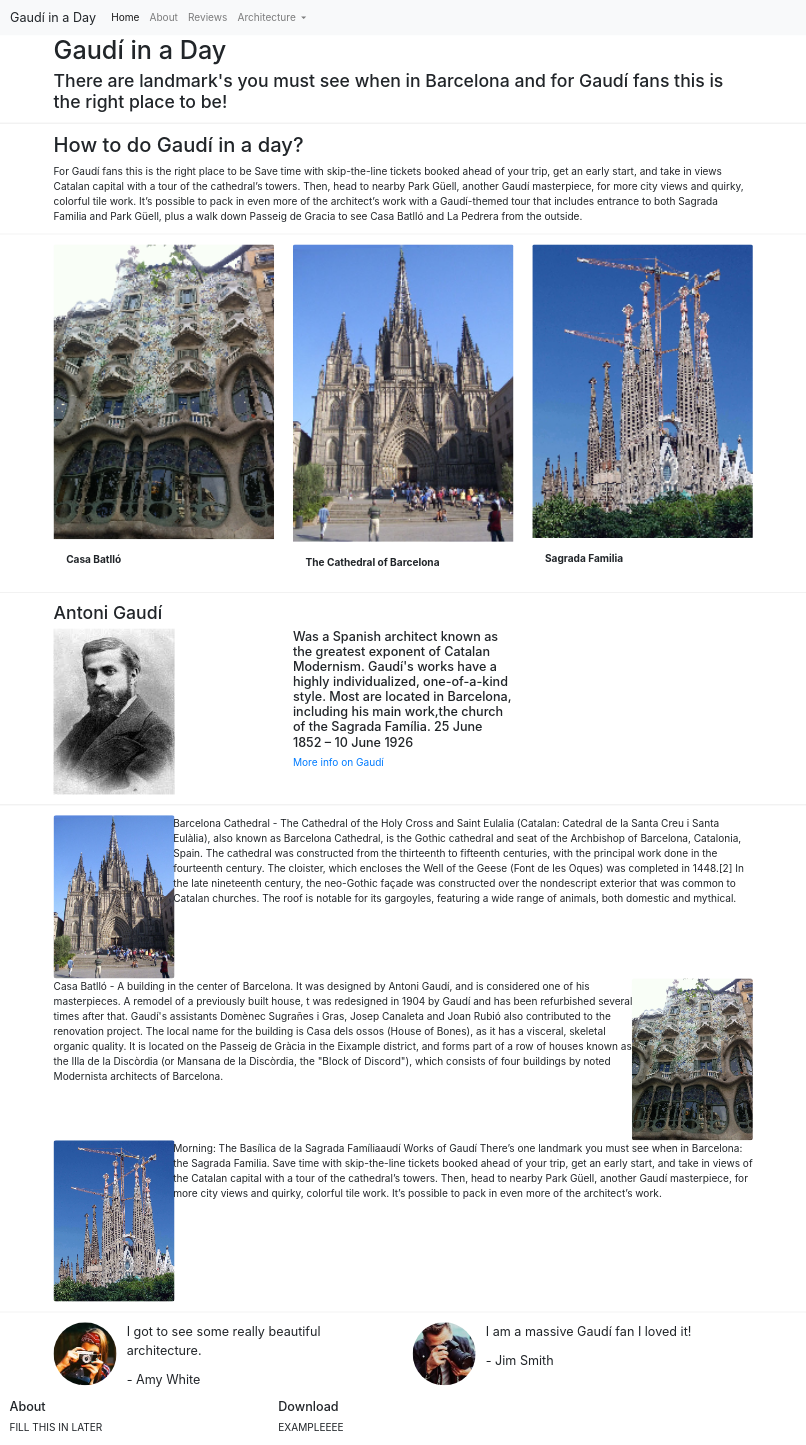
Repository: Taitdanielle/Milestone1
Page: index.html
The author's editor kept a record of every edit. The page is drawn from the files as they stood at one moment, then again after the next edit.
The browser window is 1280 px wide. The pictures show the whole page, at 63% of full size.

Above is the page before.

### index.html
<!DOCTYPE html>
<html lang="en">

<head>
    <title>Gaudí in a day!</title>
    <meta charset="UTF-8">
    <meta name="viewport" content="width=device-width, initial-scale=1.0">
    <meta http-equiv="X-UA-Compatible" content="ie=edge">
    <link href="https://fonts.googleapis.com/css?family=Lato&display=swap" rel="stylesheet">
    <link rel="stylesheet" href="https://stackpath.bootstrapcdn.com/bootstrap/4.3.1/css/bootstrap.min.css" integrity="sha384-ggOyR0iXCbMQv3Xipma34MD+dH/1fQ784/j6cY/iJTQUOhcWr7x9JvoRxT2MZw1T" crossorigin="anonymous">
    <link rel="stylesheet" href="css/style.css" type="text/css" />
</head>

<body>

    <!-- nav -->

    <nav class="navbar navbar-expand-lg navbar-light bg-light">
        <a class="navbar-brand">Gaudí in a Day</a>
        <button class="navbar-toggler" type="button" data-toggle="collapse" data-target="#navbarNavDropdown" aria-controls="navbarNavDropdown" aria-expanded="false" aria-label="Toggle navigation">
    <span class="navbar-toggler-icon"></span>
  </button>
        <div class="collapse navbar-collapse" id="navbarNavDropdown">
            <ul class="navbar-nav">
                <li class="nav-item active">
                    <a class="nav-link" href="#">Home <span class="sr-only">(current)</span></a>
                </li>
                <li class="nav-item">
                    <a class="nav-link" href="#about">About</a>
                </li>
                <li class="nav-item">
                    <a class="nav-link" href="#review">Reviews</a>
                </li>
                <li class="nav-item dropdown">
                    <a class="nav-link dropdown-toggle" href="#architecture" id="navbarDropdownMenuLink" role="button" data-toggle="dropdown" aria-haspopup="true" aria-expanded="false">
          Architecture
        </a>
                    <div class="dropdown-menu" aria-labelledby="navbarDropdownMenuLink">
                        <a class="dropdown-item" href="#card1">Casa Batlló</a>
                        <a class="dropdown-item" href="#card2">Barcelona Cathedral</a>
                        <a class="dropdown-item" href="#card3">Sagrada Familia</a>
                    </div>
                </li>
            </ul>
        </div>
    </nav>
    <!-- nav -->

    <div class="container">
        <h1>Gaudí in a Day</h1>
        <h3>There are landmark's you must see when in Barcelona and for Gaudí fans this is the right place to be!</h3>
    </div>

    <hr class="block-divider block-divider--short">

    <div class="container">
        <h2> How to do Gaudí in a day?</h2>
        <p> For Gaudí fans this is the right place to be Save time with skip-the-line tickets booked ahead of your trip, get an early start, and take in views Catalan capital with a tour of the cathedral’s
            towers. Then, head to nearby Park Güell, another Gaudí masterpiece, for more city views and quirky, colorful tile work. It’s possible to pack in even more of the architect’s work with a Gaudí-themed tour that includes entrance to both Sagrada
            Familia and Park Güell, plus a walk down Passeig de Gracia to see Casa Batlló and La Pedrera from the outside. </p>
    </div>
    <hr class="block-divider block-divider--short">
    <!-- image cards -->

    <div class="container">
        <div class="row">
            <div class="col-md-4">
                <div class="card-class">
                    <a href="#card1">
                    <img src="images/gaudi2.jpg" class="card-img-top" alt="Casa Battlo Building"></a>
                    <div class="card-body">
                        <p class="card-text"> <b>Casa Batlló</b></p>
                    </div>
                </div>
            </div>

            <div class="col-md-4">
                <div class="card-class">
                    <a href="#card2">
                    <img src="images/Sta-eulalia.jpg" class="card-img-top" alt="The Cathedral of Barcelona"></a>
                    <div class="card-body">
                        <p class="card-text"> <b>The Cathedral of Barcelona</b></p>
                    </div>
                </div>
            </div>

            <div class="col-md-4">
                <div class="card-class">
                    <a href="#card3">
                    <img src="images/sagrada-familia.jpg" class="card-img-top" alt="sagrada familia"></a>
                    <div class="card-body">
                        <p class="card-text"><b>Sagrada Familia</b>
                        </p>
                    </div>
                </div>
            </div>
        </div>
    </div>
    <!-- Gaudi info -->
    <hr class="block-divider block-divider--short">
    <div class="container">
        <div class="row">
            <div class="col-md-12 title-heading-conatainer">
                <h3 class="title-heading"> Antoni Gaudí </h3>
            </div>
            <div class="col-md-4" id="about">
                <img src="images/gaudi.jpg">
            </div>
            <div class="col-md-4">
                <h5>Was a Spanish architect known as the greatest exponent of Catalan Modernism. Gaudí's works have a highly individualized, one-of-a-kind style. Most are located in Barcelona, including his main work,the church of the Sagrada Família. 25
                    June 1852 – 10 June 1926 </h5>
                <a href="https://en.wikipedia.org/wiki/Antoni_Gaud%C3%AD">More info on Gaudí</a>
            </div>
        </div>
    </div>
    <hr class="block-divider block-divider--short">
    <!-- Gaudi info End -->

    <!-- image info -->

    <div class="container">
        <div class="row">
            <div class="col-md-2">
                <img src="images/Sta-eulalia.jpg" class="rounded float-left" alt="barrigotic building"></a>
            </div>
            <div class="col-md-10" id="card2">
                <p class="par-padding-left">Barcelona Cathedral - The Cathedral of the Holy Cross and Saint Eulalia (Catalan: Catedral de la Santa Creu i Santa Eulàlia), also known as Barcelona Cathedral, is the Gothic cathedral and seat of the Archbishop of Barcelona, Catalonia,
                    Spain. The cathedral was constructed from the thirteenth to fifteenth centuries, with the principal work done in the fourteenth century. The cloister, which encloses the Well of the Geese (Font de les Oques) was completed in 1448.[2]
                    In the late nineteenth century, the neo-Gothic façade was constructed over the nondescript exterior that was common to Catalan churches. The roof is notable for its gargoyles, featuring a wide range of animals, both domestic and mythical.
                </p>
            </div>
        </div>
    </div>

    <div class="container">
        <div class="row">
            <div class="col-md-10">
                <p class="par-padding-right" id="card1"> Casa Batlló - A building in the center of Barcelona. It was designed by Antoni Gaudí, and is considered one of his masterpieces. A remodel of a previously built house, t was redesigned in 1904 by Gaudí and has been refurbished several
                    times after that. Gaudí's assistants Domènec Sugrañes i Gras, Josep Canaleta and Joan Rubió also contributed to the renovation project. The local name for the building is Casa dels ossos (House of Bones), as it has a visceral, skeletal
                    organic quality. It is located on the Passeig de Gràcia in the Eixample district, and forms part of a row of houses known as the Illa de la Discòrdia (or Mansana de la Discòrdia, the "Block of Discord"), which consists of four buildings
                    by noted Modernista architects of Barcelona.</p>
            </div>
            <div class="col-md-2">
                <img src="images/gaudi2.jpg" class="rounded float-right" alt="Building">
            </div>
        </div>
    </div>

    <div class="container">
        <div class="row">
            <div class="col-md-2" id="card3">
                <img src="images/sagrada-familia.jpg" class="rounded float-left" alt=building>
            </div>
            <div class="col-md-10">
                <p class="par-padding-left">Morning: The Basílica de la Sagrada Famíliaaudí Works of Gaudí There’s one landmark you must see when in Barcelona: the Sagrada Familia. Save time with skip-the-line tickets booked ahead of your trip, get an early start, and take in views
                    of the Catalan capital with a tour of the cathedral’s towers. Then, head to nearby Park Güell, another Gaudí masterpiece, for more city views and quirky, colorful tile work. It’s possible to pack in even more of the architect’s work.</p>
            </div>
        </div>
    </div>
    <!-- Reviews -->

    </section>
    </div>
    </div>
    <!-- /.callout -->
    </div>
    <hr class="block-divider block-divider--short">
    <!-- Quotes -->
    <div class="container-wrapper">
        <div class="container quotes-container content-container">
            <section class="quotes">
                <div class="row">
                    <div class="col-12 page-header">
                    </div>
                </div>
                <div class="row">
                    <div class="col-12 col-md-6" id="review">
                        <div class="media">
                            <div class="d-none d-sm-block">
                                <img src="images/girl.jpg" class="rounded-circle mr-3" height=100 width=100>
                            </div>
                            <div class="media-body">
                                <blockquote class="blockquote">
                                    <p>I got to see some really beautiful architecture.</p>
                                    <p>- Amy White</p>
                                </blockquote>
                            </div>
                        </div>
                    </div>
                    <div class="col-12 col-md-6" id="review">
                        <div class="media">
                            <div class="d-none d-sm-block">
                                <img src="images/man.jpg" class="rounded-circle mr-3" height=100 width=100>
                            </div>
                            <div class="media-body">
                                <blockquote class="blockquote">
                                    <p>I am a massive Gaudí fan I loved it!</p>
                                    <p>- Jim Smith</p>
                                </blockquote>
                            </div>
                        </div>
                    </div>
                </div>
        </div>
    </div>
    </section>
</body>
<!-- Reviews end -->

<!-- footer -->

<footer class="container-fluid">
    <div id="footer-details" class="row">
        <div class="col-sm-4">
            <h5 class="uppercase general-sub">About</h5>
            <p class="inline-block">
                FILL THIS IN LATER
            </p>
        </div>
        <div class="col-sm-4">
            <h5 class="uppercase general-sub">Download</h5>
            <p class="inline-block">
                EXAMPLEEEE
                <a href="assets/cv/sample-cv.pdf" target="_blank" class="cv-pdf">
                        <i class="fa fa-download" aria-hidden="true"></i>
                        <span class="sr-only">Download link.</span>
                    </a>
            </p>
        </div>
        </a>
        </li>
        </ul>
    </div>
    </div>
</footer>
</body>

</html>

### css/style.css
container {
    background-color: #FBEAFF;
}

After the next edit:
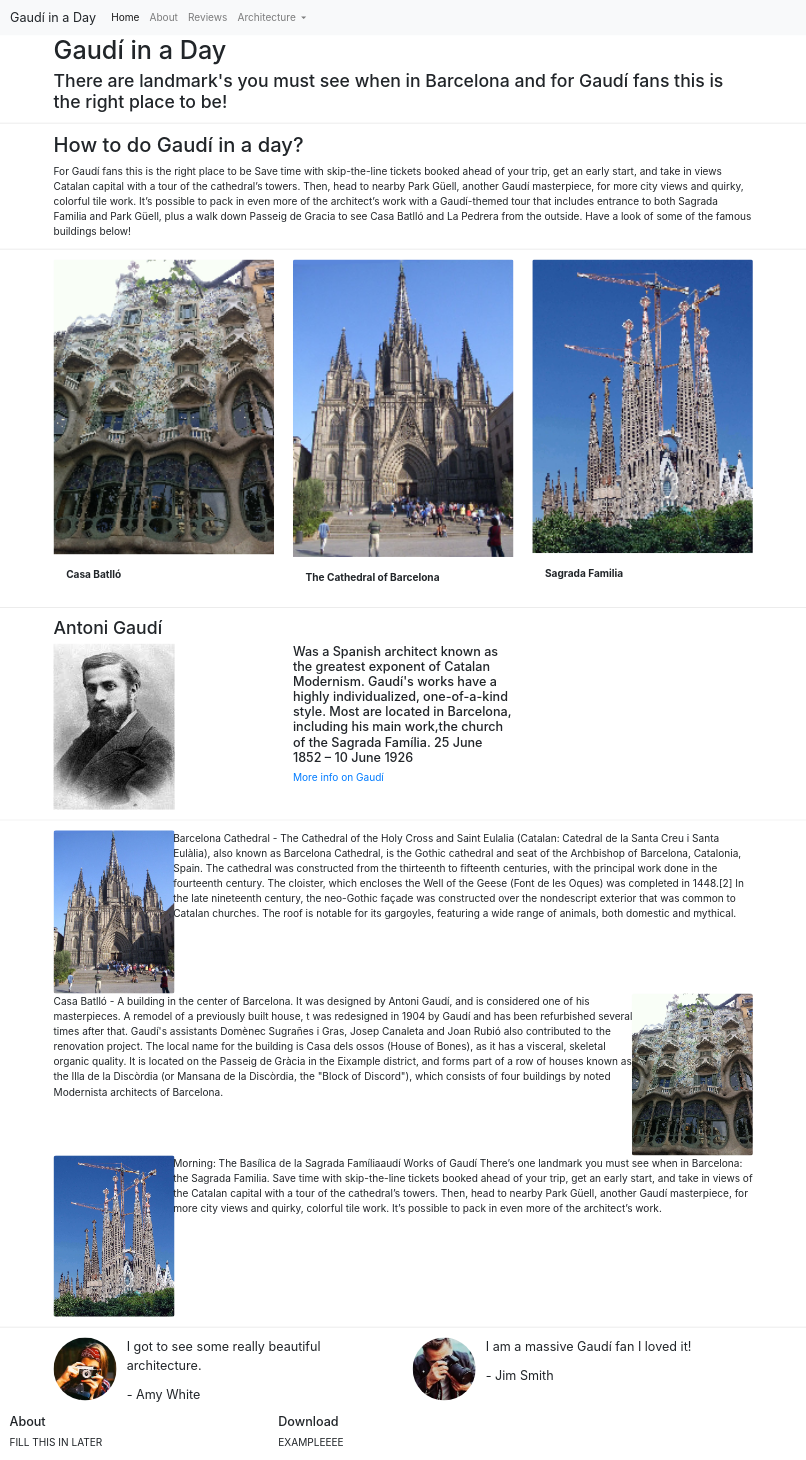
The edit:
--- a/index.html
+++ b/index.html
@@ -55,9 +55,9 @@
 
     <div class="container">
         <h2> How to do Gaudí in a day?</h2>
-        <p> For Gaudí fans this is the right place to be Save time with skip-the-line tickets booked ahead of your trip, get an early start, and take in views Catalan capital with a tour of the cathedral’s
-            towers. Then, head to nearby Park Güell, another Gaudí masterpiece, for more city views and quirky, colorful tile work. It’s possible to pack in even more of the architect’s work with a Gaudí-themed tour that includes entrance to both Sagrada
-            Familia and Park Güell, plus a walk down Passeig de Gracia to see Casa Batlló and La Pedrera from the outside. </p>
+        <p> For Gaudí fans this is the right place to be Save time with skip-the-line tickets booked ahead of your trip, get an early start, and take in views Catalan capital with a tour of the cathedral’s towers. Then, head to nearby Park Güell, another
+            Gaudí masterpiece, for more city views and quirky, colorful tile work. It’s possible to pack in even more of the architect’s work with a Gaudí-themed tour that includes entrance to both Sagrada Familia and Park Güell, plus a walk down Passeig
+            de Gracia to see Casa Batlló and La Pedrera from the outside. Have a look of some of the famous buildings below! </p>
     </div>
     <hr class="block-divider block-divider--short">
     <!-- image cards -->
@@ -204,35 +204,35 @@
         </div>
     </div>
     </section>
-</body>
-<!-- Reviews end -->
-
-<!-- footer -->
-
-<footer class="container-fluid">
-    <div id="footer-details" class="row">
-        <div class="col-sm-4">
-            <h5 class="uppercase general-sub">About</h5>
-            <p class="inline-block">
-                FILL THIS IN LATER
-            </p>
-        </div>
-        <div class="col-sm-4">
-            <h5 class="uppercase general-sub">Download</h5>
-            <p class="inline-block">
-                EXAMPLEEEE
-                <a href="assets/cv/sample-cv.pdf" target="_blank" class="cv-pdf">
+
+    <!-- Reviews end -->
+
+    <!-- footer -->
+
+    <footer class="container-fluid">
+        <div id="footer-details" class="row">
+            <div class="col-sm-4">
+                <h5 class="uppercase general-sub">About</h5>
+                <p class="inline-block">
+                    FILL THIS IN LATER
+                </p>
+            </div>
+            <div class="col-sm-4">
+                <h5 class="uppercase general-sub">Download</h5>
+                <p class="inline-block">
+                    EXAMPLEEEE
+                    <a href="assets/cv/sample-cv.pdf" target="_blank" class="cv-pdf">
                         <i class="fa fa-download" aria-hidden="true"></i>
                         <span class="sr-only">Download link.</span>
                     </a>
-            </p>
-        </div>
-        </a>
-        </li>
-        </ul>
-    </div>
-    </div>
-</footer>
+                </p>
+            </div>
+            </a>
+            </li>
+            </ul>
+        </div>
+        </div>
+    </footer>
 </body>
 
 </html>
